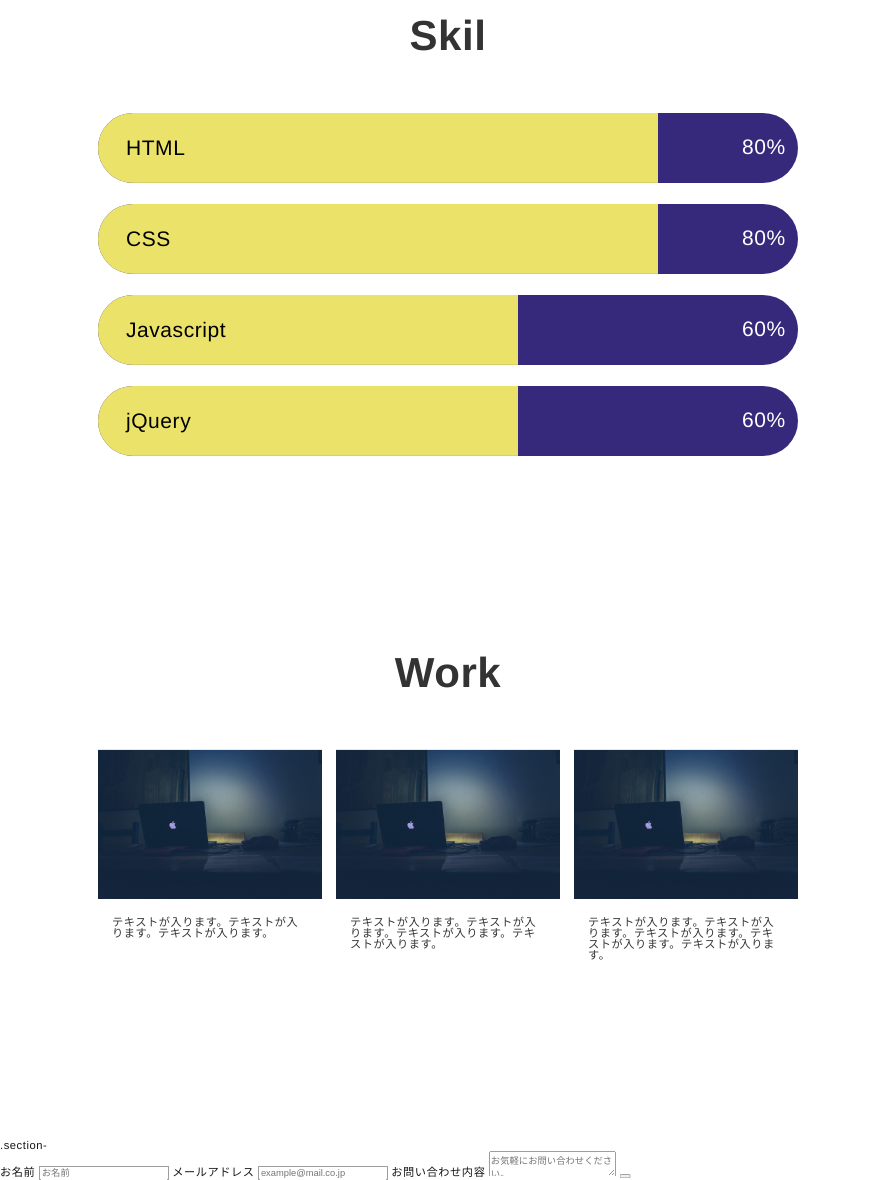
Repository: sadayuki15/portfolio
Page: index.html
The author's editor kept a copy of each file at every save. The page is drawn from the files as they stood at one save, then again after a run of saves.
The browser window is 1280 px wide. The pictures show the part of the page from y = 1716 to 3636 px (the page is 3402 px tall before and 3636 px after), at 70% of full size.

Above is the page before, as saved 2021-04-22 21:19:08.

After the next 3 saves:
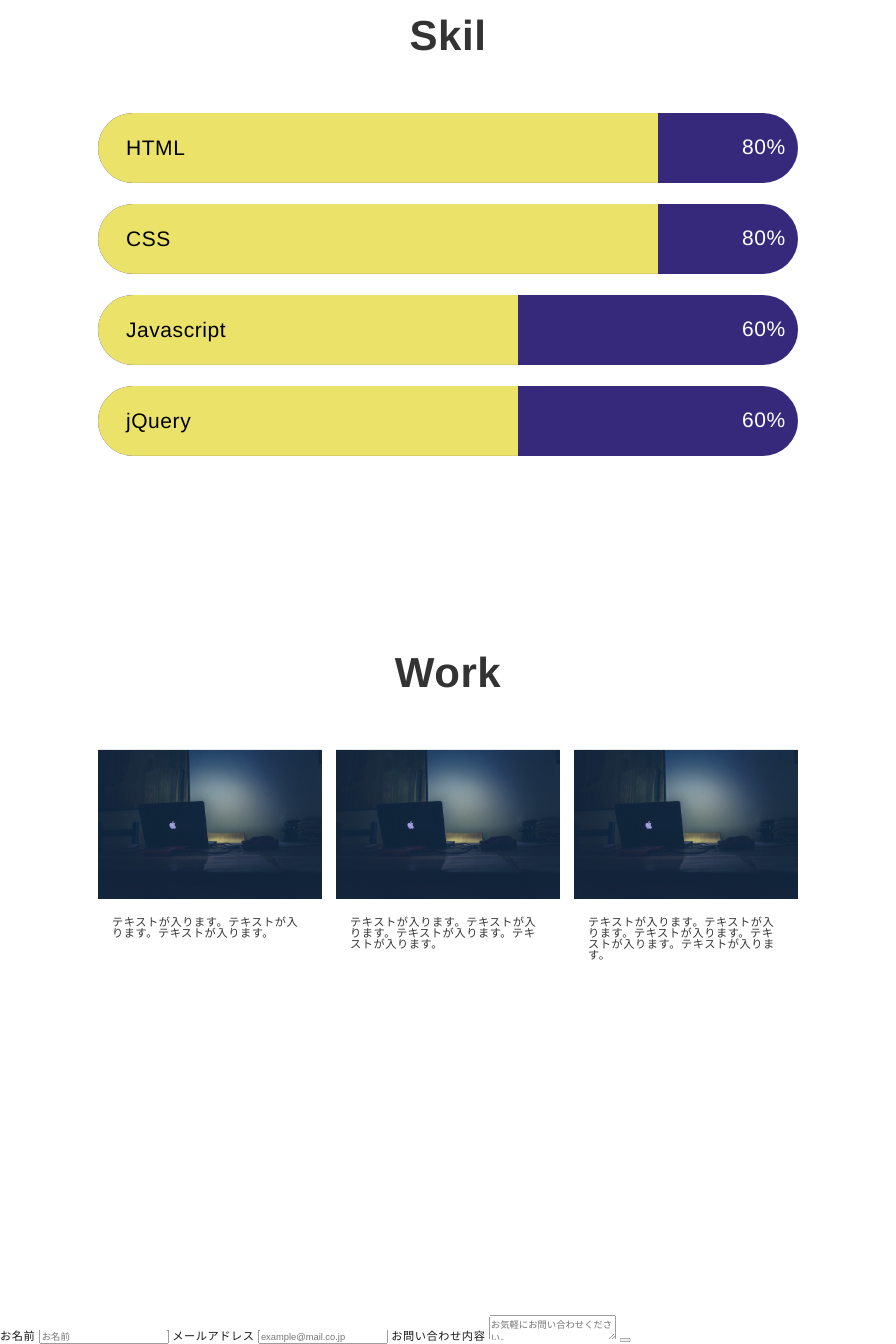
The 3 saves are shown as one change because they came seconds apart.
The last was saved 8 s later.
--- a/index.html
+++ b/index.html
@@ -148,7 +148,9 @@
   <!-- //works -->
 
   <!-- contact -->
-  .section-
+  <div class="section-wrapper">
+
+  </div>
   <form action="https://docs.google.com/forms/u/0/d/e/1FAIpQLSfCjsqzzj8C34UUE0Mi2WnerATBCsd4cWR83YcoPwhWItEpFQ/formResponse">
     <label for="name">お名前</label>
     <input id="name" type="text" name="entry.32834570" placeholder="お名前">
